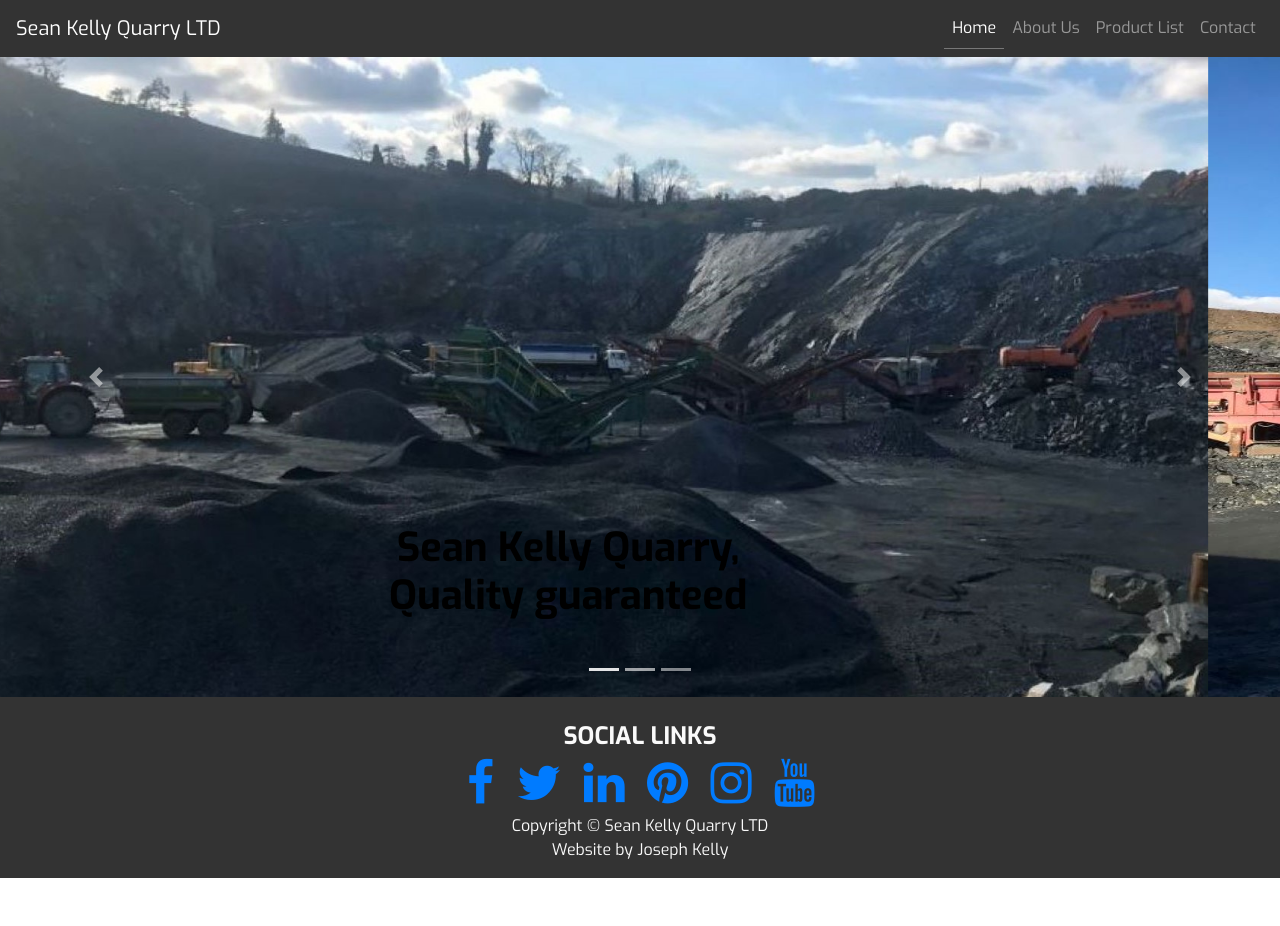
Repository: Code-Institute-Submissions/Sean-Kelly-Quarry
Page: index.html
The author's editor kept a record of every edit. The page is drawn from the files as they stood at one moment, then again after the next edit.
The browser window is 1280 px wide. The pictures show the whole page.

Above is the page before.

### index.html
<!DOCTYPE html>
<html lang="en">
<head>
    <meta charset="UTF-8">
    <meta name="viewport" content="width=device-width, initial-scale=1.0">
    <meta http-equiv="X-UA-Compatible" content="ie=edge">
    <link rel="stylesheet" href="https://stackpath.bootstrapcdn.com/bootstrap/4.4.1/css/bootstrap.min.css" type="text/css" />
    <link rel="stylesheet" href="https://stackpath.bootstrapcdn.com/font-awesome/4.7.0/css/font-awesome.min.css" type="text/css" />
    <link rel="stylesheet" href="assets/css/style.css" type="text/css" />
    <title>Sean Kelly Quarry</title>
</head>
<body>
    <header>            <!-- Navbar taken from bootstap -->
        <nav class="navbar navbar-expand-md navbar-dark navbar-custom">
            <a class="navbar-brand" href="#">Sean Kelly Quarry LTD</a>
                <button class="navbar-toggler" type="button" data-toggle="collapse" data-target="#navbarNav" aria-controls="navbarNav" aria-expanded="false" aria-label="Toggle navigation">
                <span class="navbar-toggler-icon"></span>
                </button>
            <div class="collapse navbar-collapse text-right" id="navbarNav">
                <ul class="navbar-nav ml-auto">
                    <li class="nav-item active">
                    <a class="nav-link" href="index.html">Home</a>
                    </li>
                    <li class="nav-item">
                    <a class="nav-link" href="about.html">About Us</a>
                    </li>
                    <li class="nav-item">
                    <a class="nav-link" href="product-list.html">Product List</a>
                    </li>
                    <li class="nav-item">
                    <a class="nav-link" href="contact.html">Contact</a>
                    </li>
                </ul>
            </div>
        </nav>
    </header>
        <div id="myCarousel" class="carousel slide" data-ride="carousel">     <!-- carousel taken from bootstrap -->
            <ol class="carousel-indicators">
              <li data-target="#myCarousel" data-slide-to="0" class="active"></li>
              <li data-target="#myCarousel" data-slide-to="1"></li>
              <li data-target="#myCarousel" data-slide-to="2"></li>
            </ol>
            <div class="carousel-inner">
              <div class="carousel-item active">
                <img src="assets/images/quarry.jpg"/>
                <div class="container">
                  <div class="carousel-caption">
                    <h1 class="caption">Sean Kelly Quarry,<br>Quality guaranteed</h1>
                </div>
                </div>
              </div>
              <div class="carousel-item">
                <img src="assets/images/quarry1.jpg"/>
                <div class="container">
                  <div class="carousel-caption">
                    <h1 class="caption">Sean Kelly Quarry,<br>Quality guaranteed</h1>
                  </div>
                </div>
              </div>
              <div class="carousel-item">
                <img src="assets/images/quarry2.jpg"/>
                <div class="container">
                  <div class="carousel-caption">
                    <h1 class="caption">Sean Kelly Quarry,<br>Quality guaranteed</h1>
                  </div>
                </div>
              </div>
            </div>
            <a class="carousel-control-prev" href="#myCarousel" role="button" data-slide="prev">
              <span class="carousel-control-prev-icon" aria-hidden="true"></span>
              <span class="sr-only">Previous</span>
            </a>
            <a class="carousel-control-next" href="#myCarousel" role="button" data-slide="next">
              <span class="carousel-control-next-icon" aria-hidden="true"></span>
              <span class="sr-only">Next</span>
            </a>
          </div>

    <footer class="container-fluid">               <!-- Footer inspired by UCD resume mini project with code insitute -->
        <div id="footer-details" class="row">
            <div class="col-sm">
                <h4 class="uppercase footer-info">Social Links</h4>
                <ul class="list-inline social-links">
                    <li class="list-inline-item">
                        <a target="_blank" href="#">
                            <i class="fa fa-facebook fa-3x" aria-hidden="true"></i>
                            <span class="sr-only">Facebook</span>
                        </a>
                    </li>
                    <li class="list-inline-item">
                        <a target="_blank" href="#">
                            <i class="fa fa-twitter fa-3x" aria-hidden="true"></i>
                            <span class="sr-only">Twitter</span>
                        </a>
                    </li>
                    <li class="list-inline-item">
                        <a target="_blank" href="#">
                            <i class="fa fa-linkedin fa-3x" aria-hidden="true"></i>
                            <span class="sr-only">LinkedIn</span>
                        </a>
                    </li>
                    <li class="list-inline-item">
                        <a target="_blank" href="#">
                            <i class="fa fa-pinterest fa-3x" aria-hidden="true"></i>
                            <span class="sr-only">pinterest</span>
                        </a>
                    </li>
                    <li class="list-inline-item">
                        <a target="_blank" href="#">
                            <i class="fa fa-instagram fa-3x" aria-hidden="true"></i>
                            <span class="sr-only">Instagram</span>
                        </a>
                    </li>
                    <li class="list-inline-item">
                        <a target="_blank" href="#">
                            <i class="fa fa-youtube fa-3x" aria-hidden="true"></i>
                            <span class="sr-only">Youtube</span>
                        </a>
                    </li>
                    <p class="copyright">Copyright &#169; Sean Kelly Quarry LTD</p>
                    <p>Website by Joseph Kelly</p>
                </ul>
            </div>
        </div>
    </footer>
<script src="https://code.jquery.com/jquery-3.3.1.slim.min.js" integrity="sha384-q8i/X+965DzO0rT7abK41JStQIAqVgRVzpbzo5smXKp4YfRvH+8abtTE1Pi6jizo" crossorigin="anonymous"></script>
<script src="https://cdnjs.cloudflare.com/ajax/libs/popper.js/1.14.7/umd/popper.min.js" integrity="sha384-UO2eT0CpHqdSJQ6hJty5KVphtPhzWj9WO1clHTMGa3JDZwrnQq4sF86dIHNDz0W1" crossorigin="anonymous"></script>
<script src="https://stackpath.bootstrapcdn.com/bootstrap/4.3.1/js/bootstrap.min.js" integrity="sha384-JjSmVgyd0p3pXB1rRibZUAYoIIy6OrQ6VrjIEaFf/nJGzIxFDsf4x0xIM+B07jRM" crossorigin="anonymous"></script>
</body>
</html>

### assets/css/style.css
@import url('https://fonts.googleapis.com/css?family=Exo:100,200,300,400,500,600,700|Roboto:100,200,300,400,500,600,700&display=swap');

*{
    margin: 0;
    padding: 0;
    border: 0;
}

/* ---------------------------------------------header*/

body {
    font-family: "Exo";
    color: #777777;
}

.navbar-custom {
    background-color: #333333;
}


#menu a:hover {
    border-bottom: 1px solid #777777;
}

.active {
    border-bottom: 1px solid #777777;
}

/* ---------------------------------------------hero image*/


body {
  padding-bottom: 3rem;
  color: #5a5a5a;
}


.carousel-caption {
  bottom: 3rem;
  z-index: 10;
}


.carousel-item {
  height: 40rem;
}
.carousel-item > img {
  position: absolute;
  top: 0;
  left: 0;
  min-width: 100%;
  height: 40rem;
}


.marketing .col-lg-4 {
  margin-bottom: 1.5rem;
  text-align: center;
}
.marketing h2 {
  font-weight: 400;
}
.marketing .col-lg-4 p {
  margin-right: .75rem;
  margin-left: .75rem;
}


.featurette-divider {
  margin: 5rem 0;
}


.featurette-heading {
  font-weight: 300;
  line-height: 1;
  letter-spacing: -.05rem;
}


/* RESPONSIVE CSS
-------------------------------------------------- */

@media (min-width: 40em) {
  /* Bump up size of carousel content */
  .carousel-caption h3 {
    margin-bottom: 20rem;
    font-size: 2rem;
    line-height: 1.4;
  }

  .featurette-heading {
    font-size: 50px;
  }
}

@media (min-width: 62em) {
  .featurette-heading {
    margin-top: 7rem;
  }
}

/* ---------------------------------------------about/meet*/

h1, h3, h2, h4, h5 {
    font-family: "Exo", sans-serif;
    font-weight: bold;
    text-align: center;
    color: #000000;
}

.about-heading {
    border-bottom: 1px solid;
    margin-left: 150px;
    margin-right: 150px;
    margin-top: 20px;
    padding-bottom: 10px;
}

.about {
    color: #000000;
    padding-top: 10px;
    text-align: center;
    overflow: hidden;
}

.about-info {
    margin-left: 15px;
    margin-right: 15px;
    padding-bottom: 10px;
}

.our-team {
    margin-top: 10px;
    padding-bottom: 20px;
}

.team {
   margin-top: 5px;
   margin-bottom: 5px;
   color: #000000;
   font-family: "Exo", sans-serif;
}



.meet-icon {
    margin-top: 5px;
    margin-bottom: 5px;
}

.history {
    color: #000000;
    margin-left: 40px;
    margin-right: 40px;
}

.who-we-are {
    color: #000000;
    margin-left: 40px;
    margin-right: 40px;
}

.what-we-do {
    color: #000000;
    margin-left: 40px;
    margin-right: 40px;
}

.heading {
    padding-top: 10px;
}


/* ---------------------------------------------footer*/

footer {
    color: #fafafa;
    padding-top: 25px;
    background-color: #333333;
    display: inline-block;
}

.footer-info {
    font-weight: bold;
    text-align: center;
    color: #fafafa
}

.list-inline-item {
    margin-left: 10px;
    margin-right: 10px;
}

.uppercase {
    text-transform: uppercase;
}

.social-links {
    text-align: center;
    color: #fafafa;
}

p {
    text-align: center;
    color: #fafafa;
}

.copyright {
    padding-top: 7px;
    margin-bottom: 0;
}

/* ---------------------------------------------product list/order form*/

.table {
    width: 70%;
    margin-left: auto;
    margin-right: auto;
    margin-top: 20px;
    margin-bottom: 20px;
    color: #000000;
    border-collapse: collapse;
}

table, th, td {
  border: 1px solid black;
  text-align: center;
}

.product-heading {
    margin-top: 30px;
    color: #000000;
}

.product-note {
    font-size: large;
    color: #000000;
}

.product-disclaimer {
    color: #f88037;
    text-align: center;
    padding-bottom: 20px;
}

.order-form {
    font-family: "Exo", sans-serif;
    color: #000000;
    padding-top: 20px;
    display: block;
    text-align: center;
}

/* ---------------------------------------------contact*/

.contact-info {
    font-family: "Exo", sans-serif;
    color: #000000;
    text-align: center;
    margin-top: 30px;
    margin-right: 40px;
}

.contact-details {
    color: #000000;
    margin-right: 40px;
}


button[type="submit"] {
    margin-top: 15px;
    margin-bottom: 20px;
    color: #fafafa;
    background-color: #e84610;
}


.form {
    display: inline-block;
    margin-left: 15%;
    margin-right: 15%;
    width: 70%;
}

.input-query {
    margin-top: 20px;
    margin-bottom: 20px;
}

.input {
    margin-top: 10px;
    margin-bottom: 10px;
}

.contact-section {
    margin-top: 25px;
    padding-bottom: 20px;
}


.form-section {
    padding-top: 20px;
}

/* ---------------------------------------------media queries*/

@media(min-width: 992px) {
    .center-form {
        padding-top: 30px;
        min-height: 240px;
        margin: 0 auto;
        max-width: 50%;
    }
}

After the next edit:
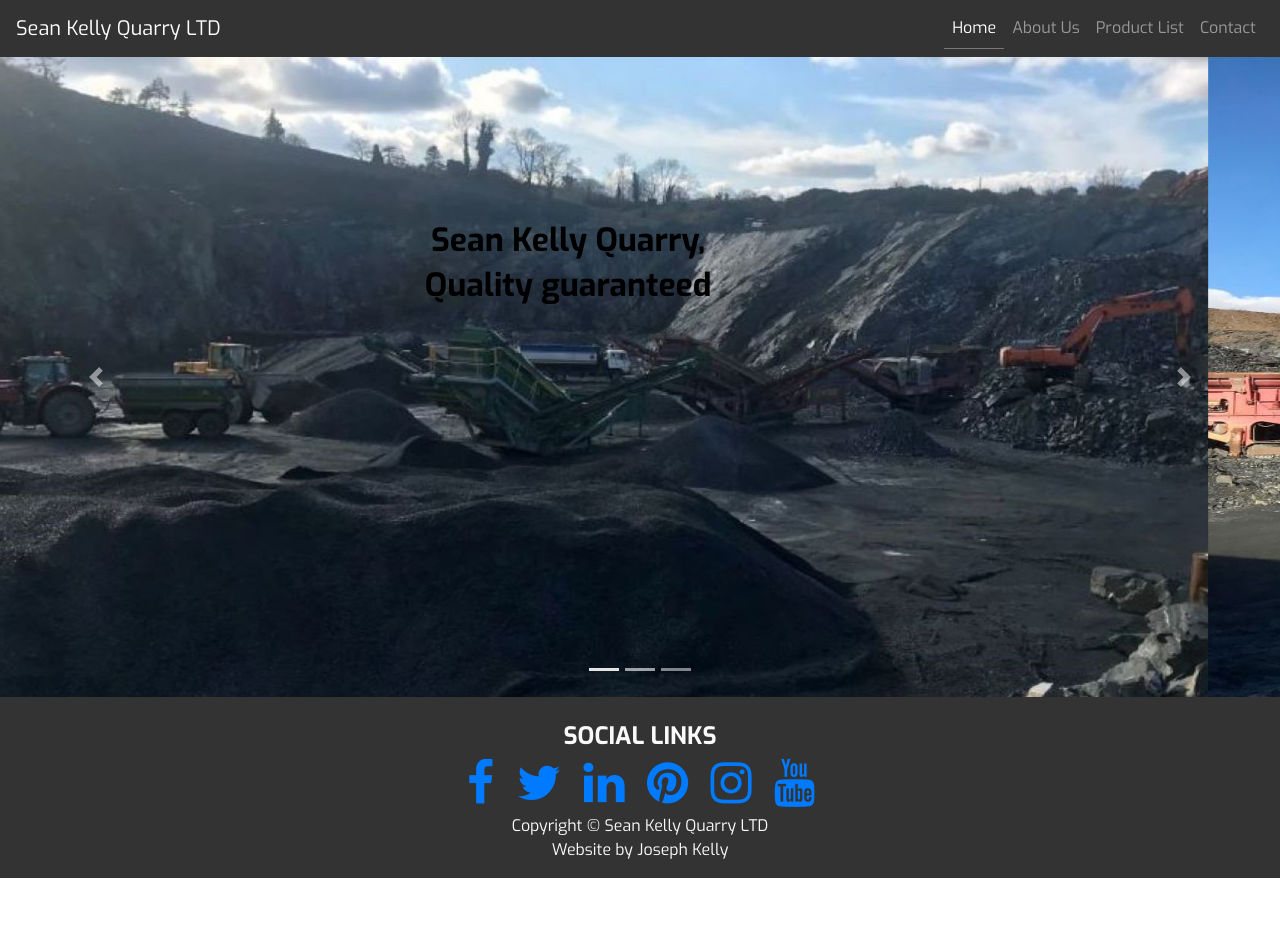
The edit:
--- a/assets/css/style.css
+++ b/assets/css/style.css
@@ -78,12 +78,8 @@
 }
 
 
-/* RESPONSIVE CSS
--------------------------------------------------- */
-
 @media (min-width: 40em) {
-  /* Bump up size of carousel content */
-  .carousel-caption h3 {
+  .carousel-caption h1 {
     margin-bottom: 20rem;
     font-size: 2rem;
     line-height: 1.4;
